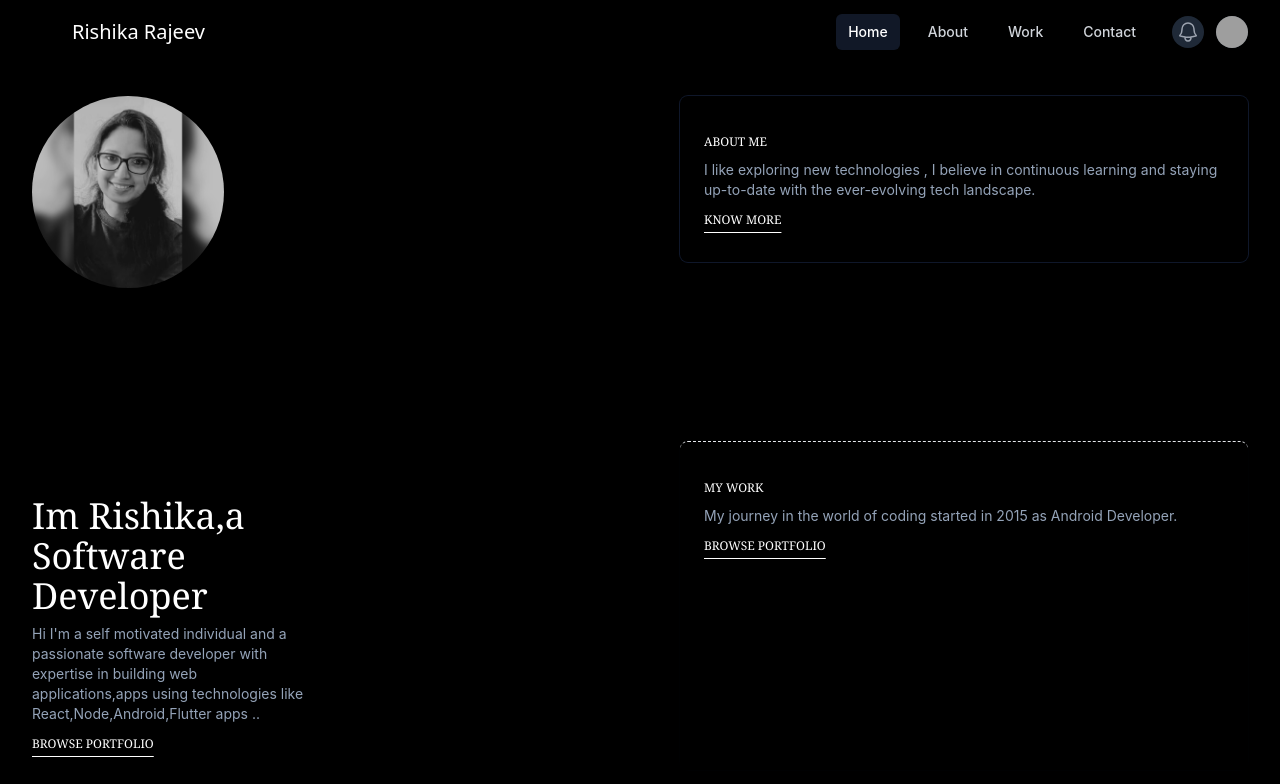
Repository: rishikarajeev/portfolio_rishika
Page: /
These files come from the project's save history. The page is drawn as it stood at one moment and after the next save; the edit follows.
The browser window is 1280 px wide. The pictures show the whole page.
Pictures or frames that could not be fetched are drawn as grey boxes. The project was rebuilt for these pictures with package versions that can differ from the ones it lists, and the page was loaded fresh each time. Also part of the build but not shown: src/Pages/About.jsx, src/Pages/Contact.jsx, src/Components/Work.jsx, src/Components/Project.jsx, src/Pages/Mywork.jsx.

Above is the page before, as saved 2023-10-23 18:39:09.

### src/Components/Nav/Nav.jsx
import React from 'react'

function Nav() {
  return (
    <div><nav class="dark:bg-black">
    <div class="mx-auto max-w-7xl px-2 sm:px-6 lg:px-8">
      <div class="relative flex h-16 items-center justify-between">
      <div class="absolute inset-y-0 left-7 flex items-center ">

      <a href="#" class=" text-white  px-3 py-2 text-xl font-medium font-sans" aria-current="page">Rishika Rajeev</a>
        </div>
        <div class="absolute inset-y-0 left-0 flex items-center sm:hidden">

          <button type="button" class="relative inline-flex items-center justify-center rounded-md p-2 text-gray-400 hover:bg-gray-700 hover:text-white focus:outline-none focus:ring-2 focus:ring-inset focus:ring-white" aria-controls="mobile-menu" aria-expanded="false">
            <span class="absolute -inset-0.5"></span>
            <span class="sr-only">Open main menu</span>

            <svg class="block h-6 w-6" fill="none" viewBox="0 0 24 24" stroke-width="1.5" stroke="currentColor" aria-hidden="true">
              <path stroke-linecap="round" stroke-linejoin="round" d="M3.75 6.75h16.5M3.75 12h16.5m-16.5 5.25h16.5" />
            </svg>

            <svg class="hidden h-6 w-6" fill="none" viewBox="0 0 24 24" stroke-width="1.5" stroke="currentColor" aria-hidden="true">
              <path stroke-linecap="round" stroke-linejoin="round" d="M6 18L18 6M6 6l12 12" />
            </svg>
          </button>
        </div>
        <div class="flex flex-1 items-center justify-end sm:items-stretch sm:justify-end">
          {/* <div class="flex flex-shrink-0 items-center">
            <img class="h-8 w-auto" src="https://tailwindui.com/img/logos/mark.svg?color=indigo&shade=500" alt="Your Company"/>
          </div> */}
          <div class="hidden sm:ml-6 sm:block ">
            <div class="flex space-x-4 ">

              <a href="/" class="bg-gray-900 text-white rounded-md px-3 py-2 text-sm font-medium" >Home</a>
              <a href="/about" class="text-gray-300 hover:bg-gray-700 hover:text-white rounded-md px-3 py-2 text-sm font-medium">About</a>
              <a href="/work" class="text-gray-300 hover:bg-gray-700 hover:text-white rounded-md px-3 py-2 text-sm font-medium">Work</a>
              <a href="/contact" class="text-gray-300 hover:bg-gray-700 hover:text-white rounded-md px-3 py-2 text-sm font-medium">Contact</a>
            </div>
          </div>
        </div>
        <div class="absolute inset-y-0 right-0 flex items-center pr-2 sm:static sm:inset-auto sm:ml-6 sm:pr-0">
          <button type="button" class="relative rounded-full bg-gray-800 p-1 text-gray-400 hover:text-white focus:outline-none focus:ring-2 focus:ring-white focus:ring-offset-2 focus:ring-offset-gray-800">
            <span class="absolute -inset-1.5"></span>
            <span class="sr-only">View notifications</span>
            <svg class="h-6 w-6" fill="none" viewBox="0 0 24 24" stroke-width="1.5" stroke="currentColor" aria-hidden="true">
              <path stroke-linecap="round" stroke-linejoin="round" d="M14.857 17.082a23.848 23.848 0 005.454-1.31A8.967 8.967 0 0118 9.75v-.7V9A6 6 0 006 9v.75a8.967 8.967 0 01-2.312 6.022c1.733.64 3.56 1.085 5.455 1.31m5.714 0a24.255 24.255 0 01-5.714 0m5.714 0a3 3 0 11-5.714 0" />
            </svg>
          </button>


          <div class="relative ml-3">
            <div>
              <button type="button" class="relative flex rounded-full bg-gray-800 text-sm focus:outline-none focus:ring-2 focus:ring-white focus:ring-offset-2 focus:ring-offset-gray-800" id="user-menu-button" aria-expanded="false" aria-haspopup="true">
                <span class="absolute -inset-1.5"></span>
                <span class="sr-only">Open user menu</span>
                <img class="h-8 w-8 rounded-full" src="../../Images/WhatsApp Image 2023-10-03 at 11.58.19 AM.jpeg" alt=""/>
              </button>
            </div>

          </div>
        </div>
      </div>
    </div>


    <div class="sm:hidden" id="mobile-menu">
      <div class="space-y-1 px-2 pb-3 pt-2">

        <a href="/" class="bg-gray-900 text-white block rounded-md px-3 py-2 text-base font-medium" aria-current="page">Home</a>
        <a href="/about" class="text-gray-300 hover:bg-gray-700 hover:text-white block rounded-md px-3 py-2 text-base font-medium">About</a>
        <a href="/work" class="text-gray-300 hover:bg-gray-700 hover:text-white block rounded-md px-3 py-2 text-base font-medium">Work</a>
        <a href="/contact" class="text-gray-300 hover:bg-gray-700 hover:text-white block rounded-md px-3 py-2 text-base font-medium">Contact</a>
      </div>
    </div>
  </nav>
  </div>
  )
}

export default Nav

### src/Pages/Home.jsx
import React from 'react'

import Nav from '../Components/Nav/Nav';
import img from "../Images/profile.jpeg"
import { Link } from 'react-router-dom';

function Home() {
  return (
    <div className="App" class="dark md:bg-black ">
    <Nav />
    <div class="grid grid-cols-1 md:grid-cols-2 h-screen dark md:bg-black gap-4  ">
      <div class="grid grid-cols-2 justify-center items-center m-8 ">
        <div class="dark:bg-black rounded-lg   mb-4 shadow-xl  ">
          <div class=" md:grid md:grid-rows-2 md:gap-4 ">
            <div class="">
              <img
                class="h-48 w-full object-cover md:h-full md:w-48 rounded-full bg-gray-800 text-sm focus:outline-none focus:ring-2"
                src={img}

              />
            </div>
          </div>
          <Link to="/work">
          <div>
            <label class="text-4xl dark:text-white font-serif">
              Im Rishika,a Software Developer
            </label>
          </div>
          </Link>
          <p class="text-slate-400 dark:text-slate-400 mt-2 text-sm mb-1.5">
          Hi I'm a self motivated individual and a passionate software developer
           with expertise in building web applications,apps using technologies like React,Node,Android,Flutter apps ..

          </p>
          <label class="  text-xs underline underline-offset-8 font-serif dark:text-white">
            BROWSE PORTFOLIO
          </label>
        </div>
      </div>
      <div class=" md:grid md:grid-rows-2 md:gap-4 divide-y divide-dashed dark md:bg-black m-8">

      <Link to="/about">
        <div class=" dark:dark:bg-black rounded-lg px-6 py-8 ring-1 ring-slate-900 shadow-xl">

          <div>
            <label class=" dark:text-white text-xs font-serif">
              ABOUT ME
            </label>
          </div>

          <p class=" dark:text-slate-400 mt-2 text-sm mb-1.5">
          I like exploring new technologies , I believe in continuous learning and staying up-to-date with the ever-evolving tech landscape.

          </p>

          <label class="  text-xs underline underline-offset-8 font-serif dark:text-white">
            KNOW MORE
          </label>

        </div>
        </Link>
        <div class=" dark:dark:bg-black rounded-lg px-6 py-8 ring-1 ring-slate-900/5 shadow-xl">
          <div>
            <label class=" dark:text-white text-xl font-serif text-xs">
              {" "}
              MY WORK
            </label>
          </div>

          <p class=" dark:text-slate-400 mt-2 text-sm mb-1.5">
          My journey in the world of coding started in 2015 as Android Developer.
          </p>
          <label class="  text-xs underline underline-offset-8 font-serif dark:text-white">
            BROWSE PORTFOLIO
          </label>
        </div>
      </div>
    </div>
      </div>
  )
}

export default Home

### tailwind.config.js
/** @type {import('tailwindcss').Config} */
module.exports = {
  content: ["./src/**/*.{html,js,jsx}"],
  theme: {
    extend: {},
  },
  darkMode: 'class',
  plugins: [],
}

Loaded but not shown: public/index.html (common file); src/index.js (common file); src/index.css (common file); src/App.js (common file); src/reportWebVitals.js (common file); src/App.css (common file)

After the next save:
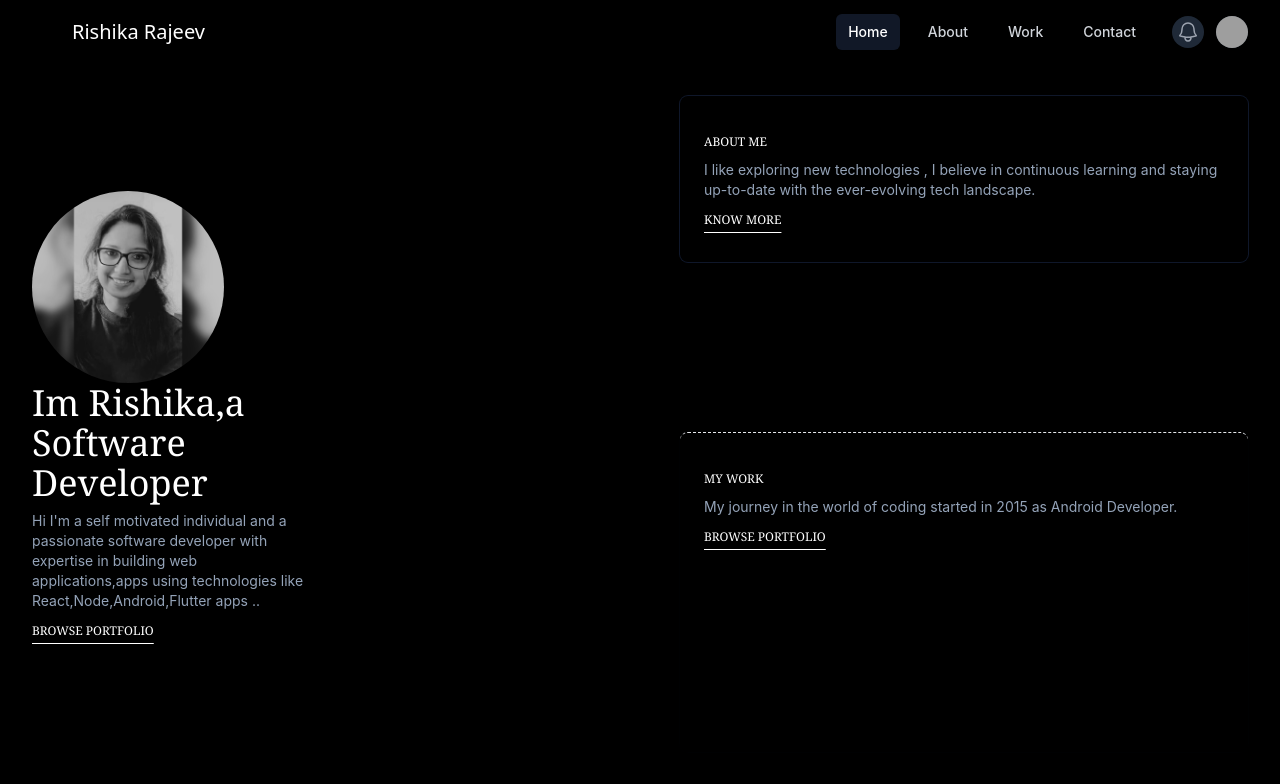
Saved 8 s later.
--- a/src/Pages/Home.jsx
+++ b/src/Pages/Home.jsx
@@ -11,7 +11,7 @@
     <div class="grid grid-cols-1 md:grid-cols-2 h-screen dark md:bg-black gap-4  ">
       <div class="grid grid-cols-2 justify-center items-center m-8 ">
         <div class="dark:bg-black rounded-lg   mb-4 shadow-xl  ">
-          <div class=" md:grid md:grid-rows-2 md:gap-4 ">
+          <div class="md:w-full">
             <div class="">
               <img
                 class="h-48 w-full object-cover md:h-full md:w-48 rounded-full bg-gray-800 text-sm focus:outline-none focus:ring-2"

After the save that followed:
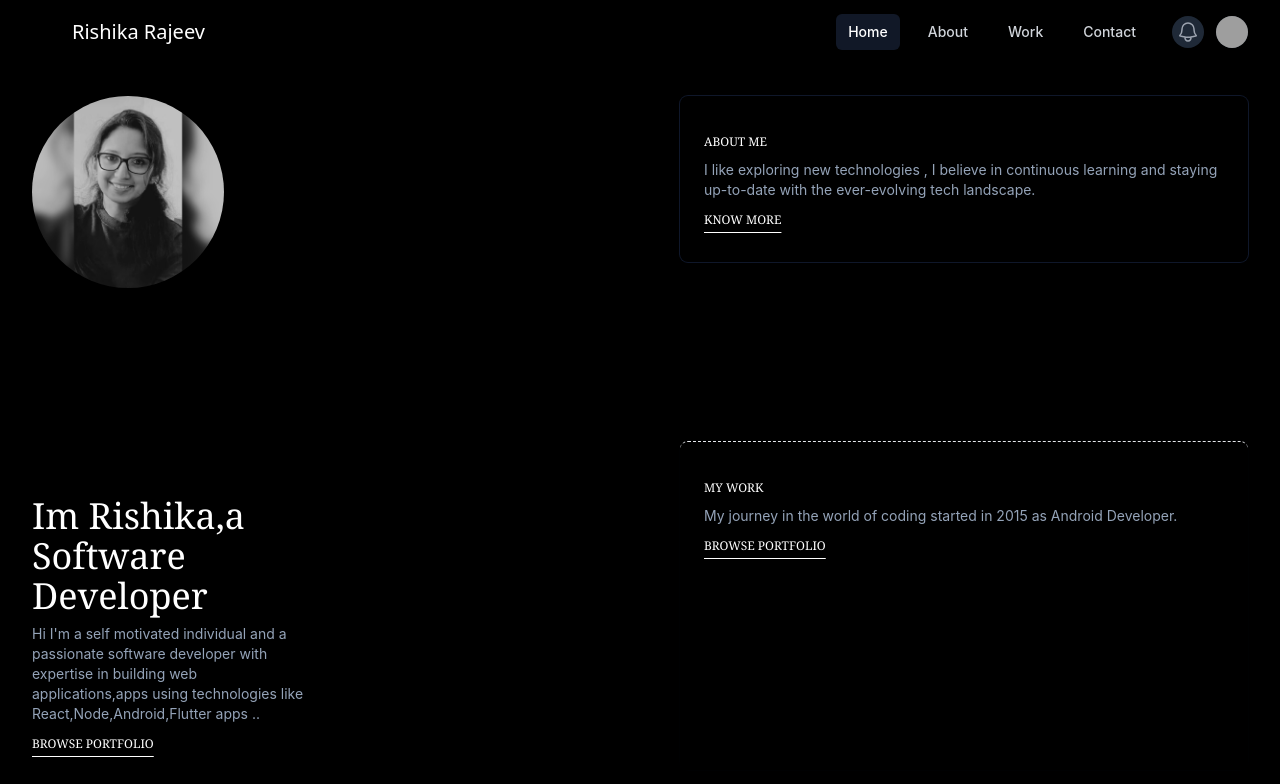
Saved 5 s later.
--- a/src/Pages/Home.jsx
+++ b/src/Pages/Home.jsx
@@ -11,7 +11,7 @@
     <div class="grid grid-cols-1 md:grid-cols-2 h-screen dark md:bg-black gap-4  ">
       <div class="grid grid-cols-2 justify-center items-center m-8 ">
         <div class="dark:bg-black rounded-lg   mb-4 shadow-xl  ">
-          <div class="md:w-full">
+          <div class=" md:grid md:grid-rows-2 md:gap-4 ">
             <div class="">
               <img
                 class="h-48 w-full object-cover md:h-full md:w-48 rounded-full bg-gray-800 text-sm focus:outline-none focus:ring-2"
